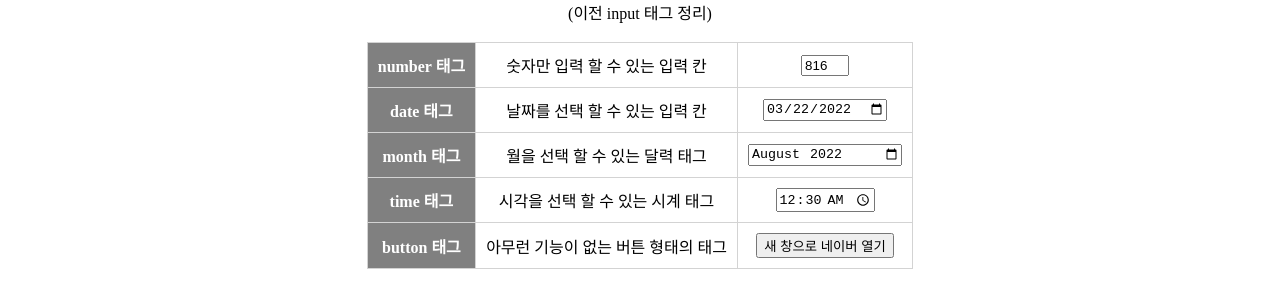
Repository: itkezi/HTML_2022_505
Page: Web/WebContent/HTML/0322_form.html
The author's editor kept a copy of each file at every save. The page is drawn from the files as they stood at one save, then again after the next save.
The browser window is 1280 px wide. The pictures show the whole page.

Above is the page before, as saved 2022-03-22 07:32:14.

After the next save:
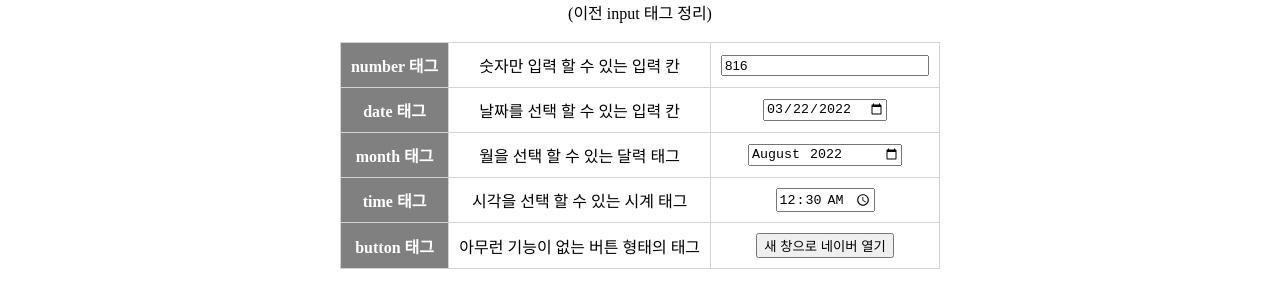
Saved 8 s later.
--- a/Web/WebContent/HTML/0322_form.html
+++ b/Web/WebContent/HTML/0322_form.html
@@ -16,7 +16,7 @@ h3 { color:blue } /* 내부스타일 */
 <table>
 	<tr><th>number 태그</th>
 		<td>숫자만 입력 할 수 있는 입력 칸</td>
-		<td><input style=width:40px type='number' min='0' max='1000' value='816' step='2'>
+		<td><input style=width:200px type='number' min='0' max='1000' value='816' step='2'>
 		<!--
 			- min/max 값을 정해 놔도 다른 값이 입력됨 : 추후 프로그램으로 보정해야함
 			- step은 입력 배수
